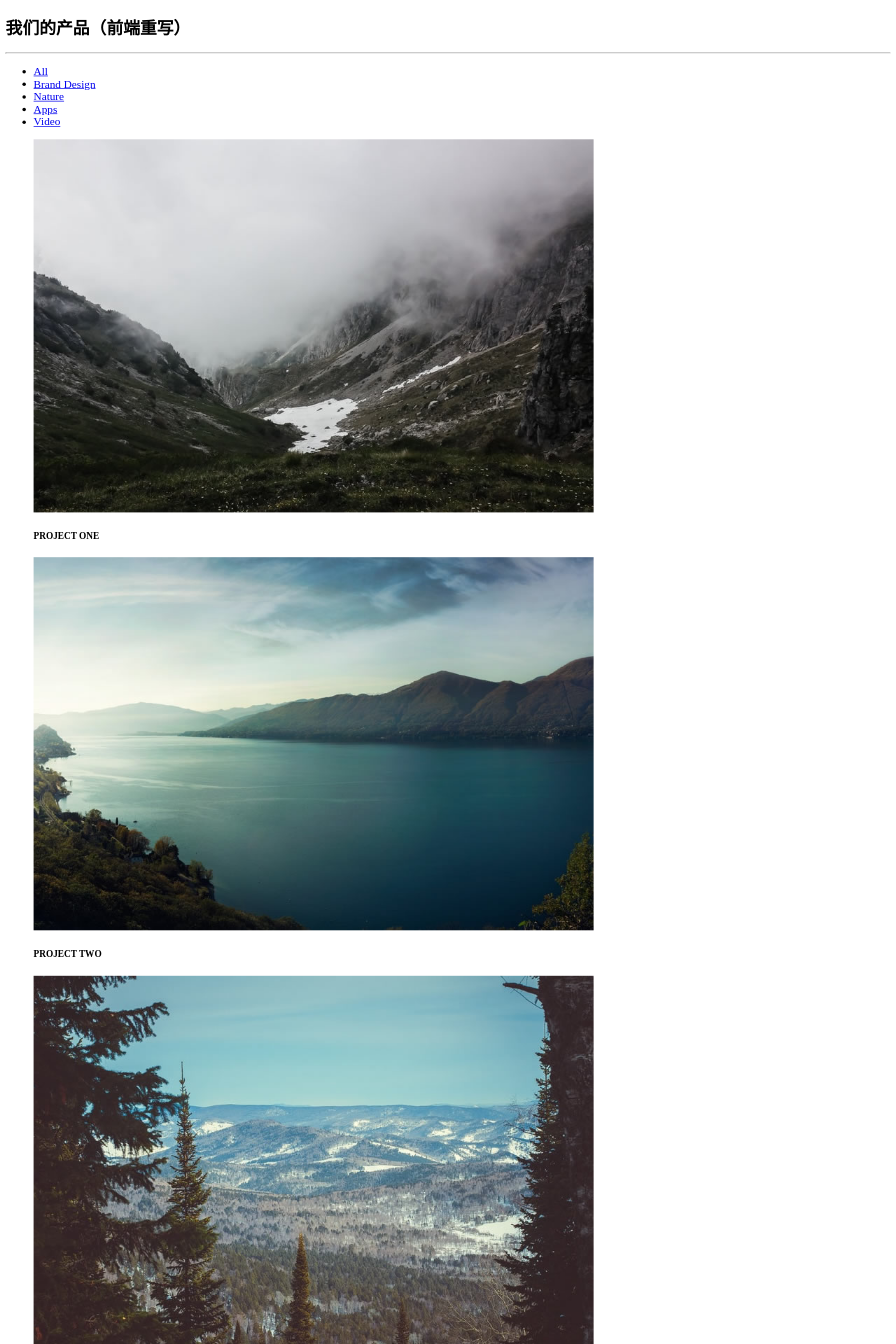
Repository: Jasonlee6789/Blog
Page: event.html
The author's editor kept a copy of each file at every save. The page is drawn from the files as they stood at one save, then again after the next save.
The browser window is 1280 px wide. The pictures show the part of the page from y = 0 to 1920 px (the page is 12146 px tall before and 12227 px after), at 70% of full size.

Above is the page before, as saved 2021-02-03 15:17:07.

### event.html
<!DOCTYPE html>
<html lang="en">
<head>
    <meta charset="UTF-8">
    <meta name="viewport" content="width=device-width, initial-scale=1.0">
    <title>Document</title>
</head>
<body>

<!--  CONTENT WRAPPER -->
<div id="content-wrapper">
		<section id="portfolio" class="page-section nopaddingbottom">
			<div class="white">
				<h1 class="fade-down centered section-title">我们的产品（前端重写）</h1>
				<hr class="fade-down">
			</div>
			<div>
				<ul id="portfolio-categories" class="filter clearfix fade-down">
					<li><a href="#" class="active btn btn-success" data-filter="*">All</a></li>
					<li><a href="#" class="btn btn-success" data-filter=".brand-design">Brand Design</a></li>
					<li><a href="#" class="btn btn-success" data-filter=".nature">Nature</a></li>
					<li><a href="#" class="btn btn-success" data-filter=".apps">Apps</a></li>
					<li><a href="#" class="btn btn-success" data-filter=".video">Video</a></li>
				</ul>

				<div id="portfolio-content" class="fade-up  title-mb">

					<div class="col-md-3 brand-design">
						<div class="grid mask">
							<figure>
								<img class="img-responsive" src="assets/img/portfolio/folio01.jpg" alt="">
								<figcaption>
									<a href="single-project.html" class="btn btn-primary btn-lg"><i
											class="el-icon-link"></i></a>
									<a href="assets/img/portfolio/folio01.jpg"
										class="btn btn-primary btn-lg launch-lb"><i class="el-icon-zoom-in"></i></a>
									<h5>PROJECT ONE</h5>
								</figcaption>
							</figure>
						</div>
					</div>

					<div class="col-md-3 nature">
						<div class="grid mask">
							<figure>
								<img class="img-responsive" src="assets/img/portfolio/folio02.jpg" alt="">
								<figcaption>
									<a href="single-project.html" class="btn btn-primary btn-lg"><i
											class="el-icon-link"></i></a>
									<a href="assets/img/portfolio/folio01.jpg"
										class="btn btn-primary btn-lg launch-lb"><i class="el-icon-zoom-in"></i></a>
									<h5>PROJECT TWO</h5>
								</figcaption>
							</figure>
						</div>
					</div>

					<div class="col-md-3 apps">
						<div class="grid mask">
							<figure>
								<img class="img-responsive" src="assets/img/portfolio/folio03.jpg" alt="">
								<figcaption>
									<a href="single-project.html" class="btn btn-primary btn-lg"><i
											class="el-icon-link"></i></a>
									<a href="assets/img/portfolio/folio01.jpg"
										class="btn btn-primary btn-lg launch-lb"><i class="el-icon-zoom-in"></i></a>
									<h5>PROJECT THREE</h5>
								</figcaption>
							</figure>
						</div>
					</div>

					<div class="col-md-3 video">
						<div class="grid mask">
							<figure>
								<img class="img-responsive" src="assets/img/portfolio/folio04.jpg" alt="">
								<figcaption>
									<a href="single-project.html" class="btn btn-primary btn-lg"><i
											class="el-icon-link"></i></a>
									<a href="assets/img/portfolio/folio01.jpg"
										class="btn btn-primary btn-lg launch-lb"><i class="el-icon-zoom-in"></i></a>
									<h5>PROJECT FOUR</h5>
								</figcaption>
							</figure>
						</div>
					</div>

					<div class="col-md-3 nature">
						<div class="grid mask">
							<figure>
								<img class="img-responsive" src="assets/img/portfolio/folio05.jpg" alt="">
								<figcaption>
									<a href="single-project.html" class="btn btn-primary btn-lg"><i
											class="el-icon-link"></i></a>
									<a href="assets/img/portfolio/folio01.jpg"
										class="btn btn-primary btn-lg launch-lb"><i class="el-icon-zoom-in"></i></a>
									<h5>PROJECT FIVE</h5>
								</figcaption>
							</figure>
						</div>
					</div>

					<div class="col-md-3 apps">
						<div class="grid mask">
							<figure>
								<img class="img-responsive" src="assets/img/portfolio/folio06.jpg" alt="">
								<figcaption>
									<a href="single-project.html" class="btn btn-primary btn-lg"><i
											class="el-icon-link"></i></a>
									<a href="assets/img/portfolio/folio01.jpg"
										class="btn btn-primary btn-lg launch-lb"><i class="el-icon-zoom-in"></i></a>
									<h5>PROJECT SIX</h5>
								</figcaption>
							</figure>
						</div>
					</div>

					<div class="col-md-3 brand-design">
						<div class="grid mask">
							<figure>
								<img class="img-responsive" src="assets/img/portfolio/folio07.jpg" alt="">
								<figcaption>
									<a href="single-project.html" class="btn btn-primary btn-lg"><i
											class="el-icon-link"></i></a>
									<a href="assets/img/portfolio/folio01.jpg"
										class="btn btn-primary btn-lg launch-lb"><i class="el-icon-zoom-in"></i></a>
									<h5>PROJECT SEVEN</h5>
								</figcaption>
							</figure>
						</div>
					</div>

					<div class="col-md-3 nature">
						<div class="grid mask">
							<figure>
								<img class="img-responsive" src="assets/img/portfolio/folio08.jpg" alt="">
								<figcaption>
									<a href="single-project.html" class="btn btn-primary btn-lg"><i
											class="el-icon-link"></i></a>
									<a href="assets/img/portfolio/folio01.jpg"
										class="btn btn-primary btn-lg launch-lb"><i class="el-icon-zoom-in"></i></a>
									<h5>PROJECT EIGHT</h5>
								</figcaption>
							</figure>
						</div>
					</div>

					<div class="col-md-3 nature">
						<div class="grid mask">
							<figure>
								<img class="img-responsive" src="assets/img/portfolio/folio09.jpg" alt="">
								<figcaption>
									<a href="single-project.html" class="btn btn-primary btn-lg"><i
											class="el-icon-link"></i></a>
									<a href="assets/img/portfolio/folio01.jpg"
										class="btn btn-primary btn-lg launch-lb"><i class="el-icon-zoom-in"></i></a>
									<h5>PROJECT NINE</h5>
								</figcaption>
							</figure>
						</div>
					</div>

					<div class="col-md-3 nature">
						<div class="grid mask">
							<figure>
								<img class="img-responsive" src="assets/img/portfolio/folio10.jpg" alt="">
								<figcaption>
									<a href="single-project.html" class="btn btn-primary btn-lg"><i
											class="el-icon-link"></i></a>
									<a href="assets/img/portfolio/folio01.jpg"
										class="btn btn-primary btn-lg launch-lb"><i class="el-icon-zoom-in"></i></a>
									<h5>PROJECT TEN</h5>
								</figcaption>
							</figure>
						</div>
					</div>

					<div class="col-md-3 nature">
						<div class="grid mask">
							<figure>
								<img class="img-responsive" src="assets/img/portfolio/folio15.jpg" alt="">
								<figcaption>
									<a href="single-project.html" class="btn btn-primary btn-lg"><i
											class="el-icon-link"></i></a>
									<a href="assets/img/portfolio/folio01.jpg"
										class="btn btn-primary btn-lg launch-lb"><i class="el-icon-zoom-in"></i></a>
									<h5>PROJECT ELEVEN</h5>
								</figcaption>
							</figure>
						</div>
					</div>

					<div class="col-md-3 nature">
						<div class="grid mask">
							<figure>
								<img class="img-responsive" src="assets/img/portfolio/folio11.jpg" alt="">
								<figcaption>
									<a href="single-project.html" class="btn btn-primary btn-lg"><i
											class="el-icon-link"></i></a>
									<a href="assets/img/portfolio/folio01.jpg"
										class="btn btn-primary btn-lg launch-lb"><i class="el-icon-zoom-in"></i></a>
									<h5>PROJECT TWELVE</h5>
								</figcaption>
							</figure>
						</div>
					</div>

					<div class="col-md-3 brand-design">
						<div class="grid mask">
							<figure>
								<img class="img-responsive" src="assets/img/portfolio/folio12.jpg" alt="">
								<figcaption>
									<a href="single-project.html" class="btn btn-primary btn-lg"><i
											class="el-icon-link"></i></a>
									<a href="assets/img/portfolio/folio01.jpg"
										class="btn btn-primary btn-lg launch-lb"><i class="el-icon-zoom-in"></i></a>
									<h5>PROJECT THIRTEEN</h5>
								</figcaption>
							</figure>
						</div>
					</div>

					<div class="col-md-3 nature">
						<div class="grid mask">
							<figure>
								<img class="img-responsive" src="assets/img/portfolio/folio13.jpg" alt="">
								<figcaption>
									<a href="single-project.html" class="btn btn-primary btn-lg"><i
											class="el-icon-link"></i></a>
									<a href="assets/img/portfolio/folio01.jpg"
										class="btn btn-primary btn-lg launch-lb"><i class="el-icon-zoom-in"></i></a>
									<h5>PROJECT FOURTEEN</h5>
								</figcaption>
							</figure>
						</div>
					</div>

					<div class="col-md-3 nature">
						<div class="grid mask">
							<figure>
								<img class="img-responsive" src="assets/img/portfolio/folio14.jpg" alt="">
								<figcaption>
									<a href="single-project.html" class="btn btn-primary btn-lg"><i
											class="el-icon-link"></i></a>
									<a href="assets/img/portfolio/folio01.jpg"
										class="btn btn-primary btn-lg launch-lb"><i class="el-icon-zoom-in"></i></a>
									<h5>PROJECT FIFHTEEN</h5>
								</figcaption>
							</figure>
						</div>
					</div>

					<div class="col-md-3 nature">
						<div class="grid mask">
							<figure>
								<img class="img-responsive" src="assets/img/portfolio/folio15.jpg" alt="">
								<figcaption>
									<a href="single-project.html" class="btn btn-primary btn-lg"><i
											class="el-icon-link"></i></a>
									<a href="assets/img/portfolio/folio01.jpg"
										class="btn btn-primary btn-lg launch-lb"><i class="el-icon-zoom-in"></i></a>
									<h5>PROJECT SIXTEEN</h5>
								</figcaption>
							</figure>
						</div>
					</div>

					<div class="col-md-3 nature">
						<div class="grid mask">
							<figure>
								<img class="img-responsive" src="assets/img/portfolio/folio16.jpg" alt="">
								<figcaption>
									<a href="single-project.html" class="btn btn-primary btn-lg"><i
											class="el-icon-link"></i></a>
									<a href="assets/img/portfolio/folio01.jpg"
										class="btn btn-primary btn-lg launch-lb"><i class="el-icon-zoom-in"></i></a>
									<h5>PROJECT SEVENTEEN</h5>
								</figcaption>
							</figure>
						</div>
					</div>

					<div class="col-md-3 nature">
						<div class="grid mask">
							<figure>
								<img class="img-responsive" src="assets/img/portfolio/folio18.jpg" alt="">
								<figcaption>
									<a href="single-project.html" class="btn btn-primary btn-lg"><i
											class="el-icon-link"></i></a>
									<a href="assets/img/portfolio/folio01.jpg"
										class="btn btn-primary btn-lg launch-lb"><i class="el-icon-zoom-in"></i></a>
									<h5>PROJECT EIGHTEEN</h5>
								</figcaption>
							</figure>
						</div>
					</div>

					<div class="col-md-3 nature">
						<div class="grid mask">
							<figure>
								<img class="img-responsive" src="assets/img/portfolio/folio01.jpg" alt="">
								<figcaption>
									<a href="single-project.html" class="btn btn-primary btn-lg"><i
											class="el-icon-link"></i></a>
									<a href="assets/img/portfolio/folio01.jpg"
										class="btn btn-primary btn-lg launch-lb"><i class="el-icon-zoom-in"></i></a>
									<h5>PROJECT NINTEEN</h5>
								</figcaption>
							</figure>
						</div>
					</div>

					<div class="col-md-3 nature">
						<div class="grid mask">
							<figure>
								<img class="img-responsive" src="assets/img/portfolio/folio02.jpg" alt="">
								<figcaption>
									<a href="single-project.html" class="btn btn-primary btn-lg"><i
											class="el-icon-link"></i></a>
									<a href="assets/img/portfolio/folio01.jpg"
										class="btn btn-primary btn-lg launch-lb"><i class="el-icon-zoom-in"></i></a>
									<h5>PROJECT TWENTY</h5>
								</figcaption>
							</figure>
						</div>
					</div>
				</div>
			</div>
        </section>
    </div>
	<!-- CONTENT WRAPPER -->
</body>
</html>

Loaded but not shown: assets/css/bootstrap.css (library)

After the next save:
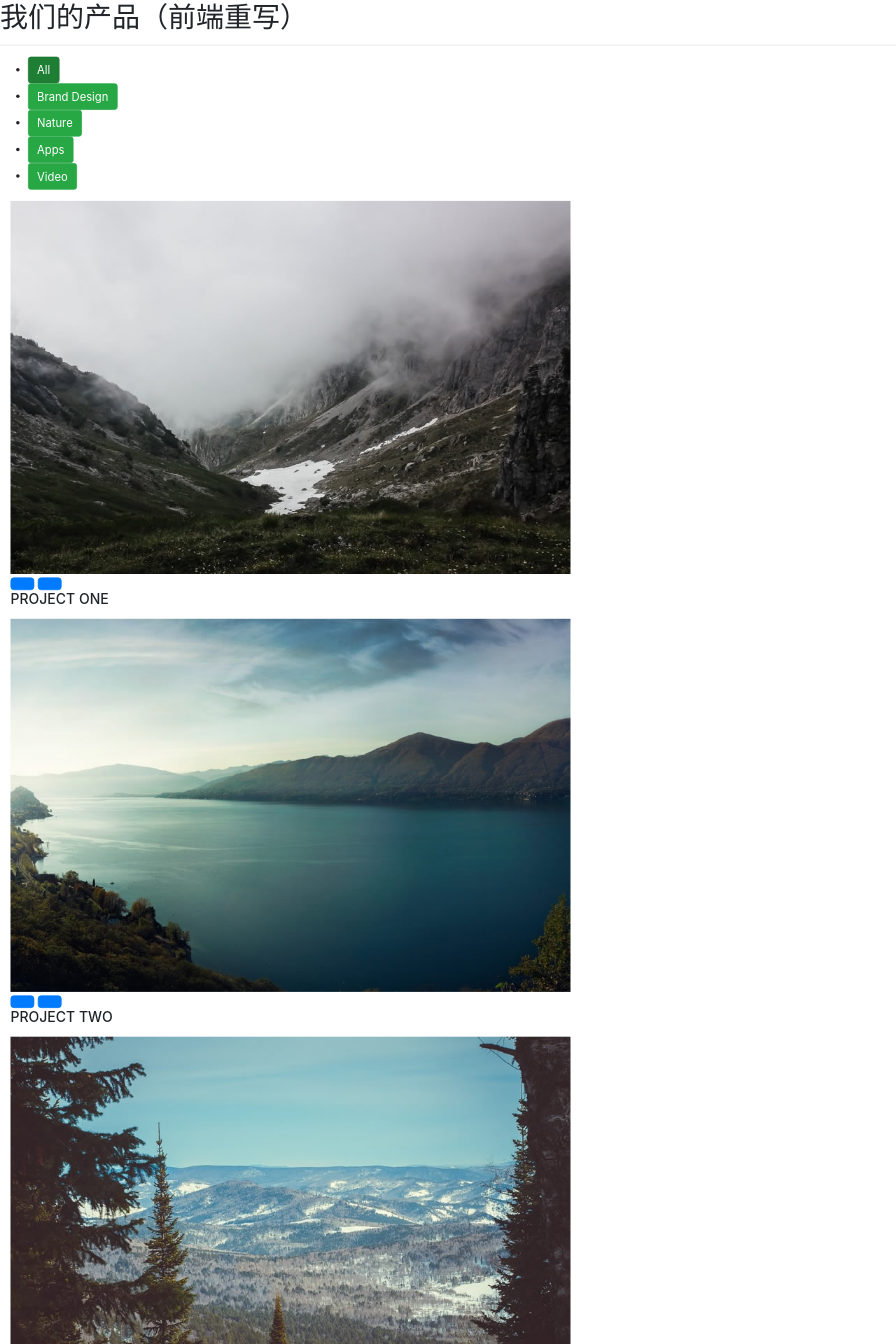
Saved 60 s later.
--- a/event.html
+++ b/event.html
@@ -4,6 +4,8 @@
     <meta charset="UTF-8">
     <meta name="viewport" content="width=device-width, initial-scale=1.0">
     <title>Document</title>
+    	<!-- Bootstrap core CSS -->
+	<link href="assets/css/bootstrap.css" rel="stylesheet">
 </head>
 <body>
 
